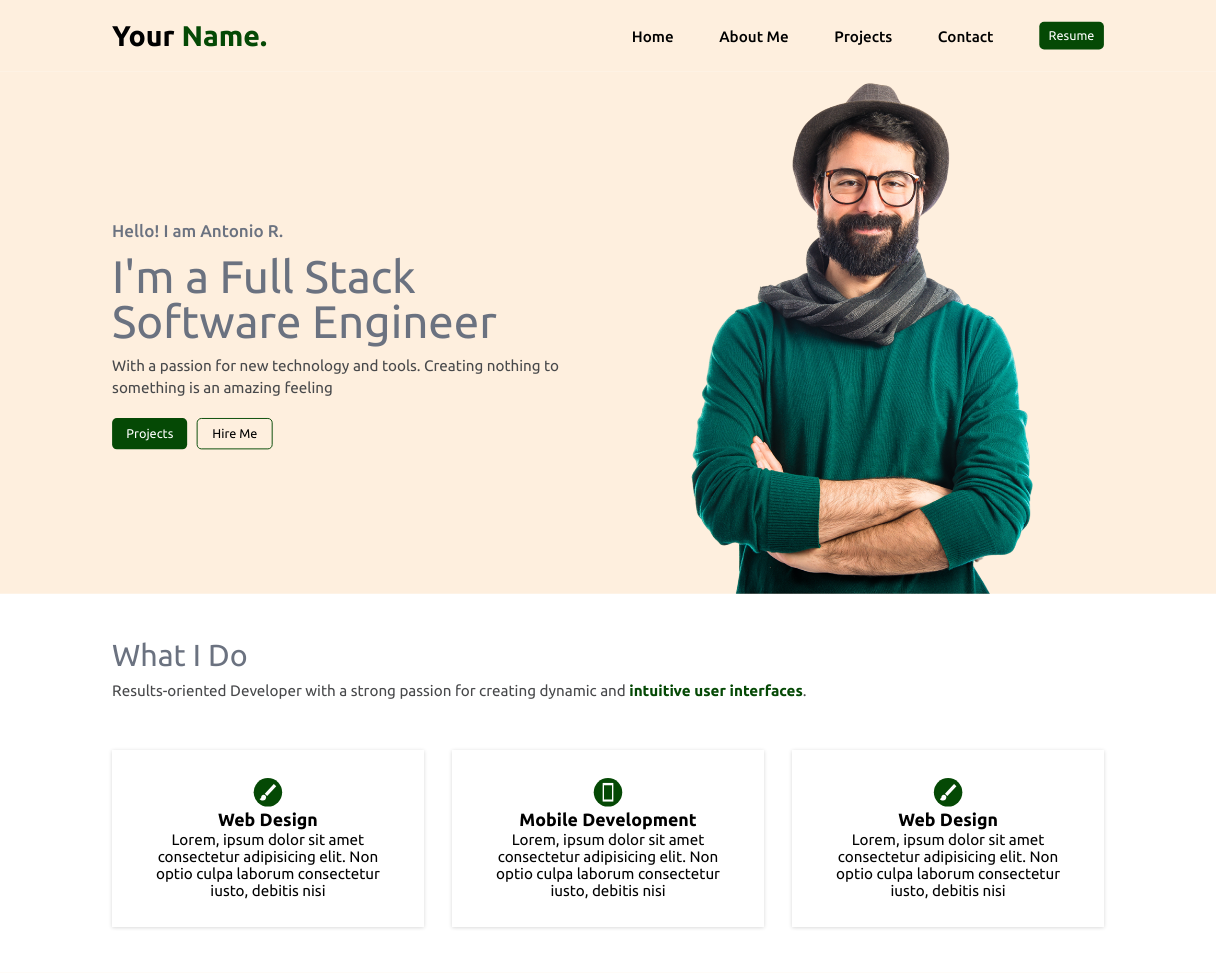
Repository: DevAntonioRogers/vanilla-portfolio
Page: index.html
These files come from the project's save history. The page is drawn as it stood at one moment and after the next save; the edit follows.
The browser window is 1280 px wide. The pictures show the whole page, at 95% of full size.

Above is the page before, as saved 2023-07-14 23:05:07.

### index.html
<!DOCTYPE html>
<html lang="en">
  <head>
    <meta charset="UTF-8" />
    <meta name="viewport" content="width=device-width, initial-scale=1.0" />
    <link rel="stylesheet" href="style.css" />
    <script type="module" src="https://unpkg.com/ionicons@7.1.0/dist/ionicons/ionicons.esm.js"></script>
    <script nomodule src="https://unpkg.com/ionicons@7.1.0/dist/ionicons/ionicons.js"></script>
    <title>Antonio Rogers</title>
  </head>
  <body>
    <nav>
      <div class="container navbar">
        <a href="/" aria-label="Home">
          <h1>Your <span>Name.</span></h1></a
        >
        <ul>
          <li>
            <a href="/" aria-label="Home">Home</a>
          </li>
          <li>
            <a href="/" aria-label="About Me">About Me</a>
          </li>
          <li>
            <a href="/" aria-label="Projects">Projects</a>
          </li>
          <li>
            <a href="/" aria-label="Contact">Contact</a>
          </li>
          <li>
            <a href="/resume.pdf" download aria-label="Download Resume">
              <button class="navbar-button">Resume</button>
            </a>
          </li>
        </ul>
      </div>
    </nav>

    <section class="hero">
      <div class="container hero-container">
        <div class="hero-info">
          <h4>Hello! I am Antonio R.</h4>
          <h1>I'm a Full Stack Software Engineer</h1>
          <p>With a passion for new technology and tools. Creating nothing to something is an amazing feeling</p>

          <div class="hero-btn-container">
            <button>Projects</button>
            <button>Hire Me</button>
          </div>
        </div>

        <div class="hero-image-container">
          <img src="hero.png" alt="" />
        </div>
      </div>
    </section>

    <section class="skills">
      <div class="container skills-container">
        <div class="skills-heading">
          <h2>What I Do</h2>
          <p>
            Results-oriented Developer with a strong passion for creating dynamic and
            <span>intuitive user interfaces</span>.
          </p>
        </div>

        <div class="skills-boxes">
          <div class="skill-box">
            <ion-icon name="brush-sharp"></ion-icon>
            <h3>Web Design</h3>
            <p>
              Lorem, ipsum dolor sit amet consectetur adipisicing elit. Non optio culpa laborum consectetur iusto,
              debitis nisi
            </p>
          </div>
          <div class="skill-box">
            <ion-icon name="phone-portrait-sharp"></ion-icon>
            <h3>Mobile Development</h3>
            <p>
              Lorem, ipsum dolor sit amet consectetur adipisicing elit. Non optio culpa laborum consectetur iusto,
              debitis nisi
            </p>
          </div>
          <div class="skill-box">
            <ion-icon name="brush-sharp"></ion-icon>
            <h3>Web Design</h3>
            <p>
              Lorem, ipsum dolor sit amet consectetur adipisicing elit. Non optio culpa laborum consectetur iusto,
              debitis nisi
            </p>
          </div>
        </div>
      </div>
    </section>
  </body>
</html>

### style.css
@import url("https://fonts.googleapis.com/css2?family=Ubuntu:wght@300;400;500;700&display=swap");

* {
  box-sizing: border-box;
  padding: 0;
  margin: 0;
  font-family: "Ubuntu", sans-serif;
}

a {
  text-decoration: none;
  color: inherit;
}

li {
  list-style: none;
}

.container {
  width: 89%;
  margin: auto;
  max-width: 1044px;
}

ion-icon {
  background-color: rgb(5, 73, 5);
  padding: 5px;
  font-size: 20px;
  color: white;
  border-radius: 50px;
}

/* NAVBAR STYLING */

nav {
  background: #feefde;
  padding: 20px 0;
}

.navbar {
  display: flex;
  justify-content: space-between;
  align-items: center;
}

.navbar h1 {
  font-size: 30px;
  font-weight: 700;
}

.navbar span {
  color: rgb(5, 73, 5);
}

.navbar ul {
  display: flex;
  align-items: center;
  gap: 3rem;
}

.navbar ul li {
  font-weight: 500;
}

.navbar-button {
  background-color: rgb(5, 73, 5);
  padding: 7px 10px;
  border-radius: 5px;
  color: white;
  border: none;
}

/* HERO STYLES */

.hero {
  background-color: #feefde;
}

.hero-container {
  display: grid;
  grid-template-columns: repeat(2, minmax(0, 1fr));
  align-items: center;
  gap: 1.5rem;
}

.hero-image-container {
  display: flex;
  justify-content: center;
  align-items: center;
}

.hero-info h4 {
  font-size: 1.12rem;
  line-height: 1.75rem;
  color: #6b7280;
  font-weight: 500;
  margin-bottom: 10px;
}

.hero-info h1 {
  font-size: 3rem;
  line-height: 1;
  color: #6b7280;
  font-weight: 400;
  margin-bottom: 10px;
}

.hero-info p {
  font-size: 1rem;
  line-height: 1.5rem;
  font-weight: 400;
  color: #48494b;
}

.hero-btn-container {
  margin-top: 20px;
  display: flex;
  gap: 10px;
}
.hero-btn-container button:nth-child(1) {
  background-color: rgb(5, 73, 5);
  color: white;
  border: none;
  padding: 8px 15px;
  border-radius: 5px;
}

.hero-btn-container button:nth-child(2) {
  background-color: transparent;
  padding: 8px 15px;
  border-radius: 5px;
  border: solid 1px rgb(5, 73, 5);
}

.hero-container img {
  height: 550px;
  position: relative;
}

/* Skills Styles */

.skills {
  padding: 3rem 0;
}

.skills-heading h2 {
  font-size: 2rem;
  line-height: 1;
  color: #6b7280;
  font-weight: 400;
  margin-bottom: 10px;
}

.skills-heading p {
  font-size: 1rem;
  line-height: 1.5rem;
  font-weight: 400;
  color: #48494b;
}

.skills-heading span {
  color: rgb(5, 73, 5);
  font-weight: 700;
}

.skills-boxes {
  display: grid;
  grid-template-columns: repeat(3, minmax(0, 1fr));
  gap: 30px;
  text-align: center;
  margin-top: 50px;
}

.skill-box {
  box-shadow: rgba(0, 0, 0, 0.16) 0px 1px 4px;
  padding: 30px;
}

.skill-box h3 {
  font-size: ;
}

After the next save:
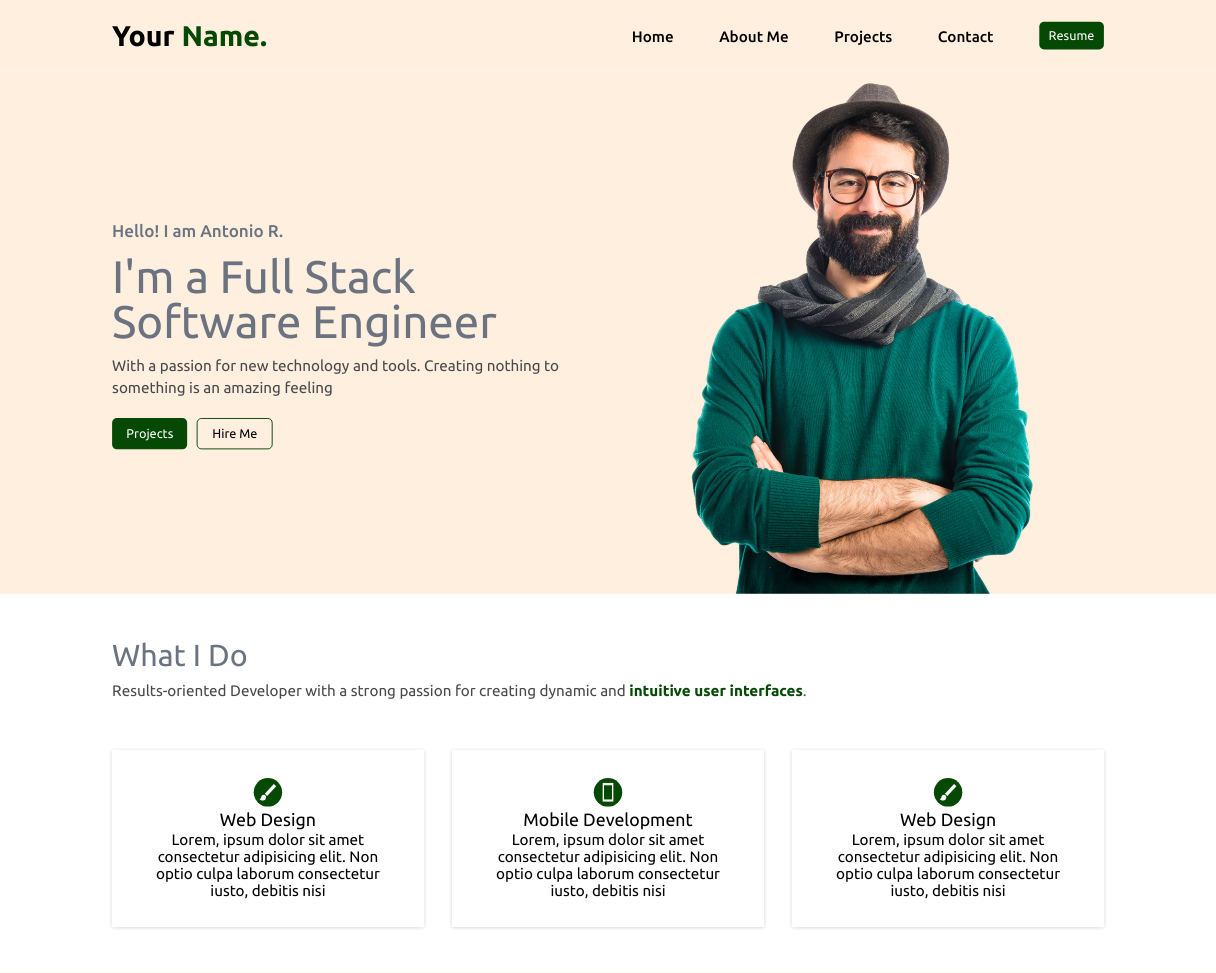
Saved 10 s later.
--- a/style.css
+++ b/style.css
@@ -177,5 +177,5 @@ nav {
 }
 
 .skill-box h3 {
-  font-size: ;
+  font-weight: 400;
 }
